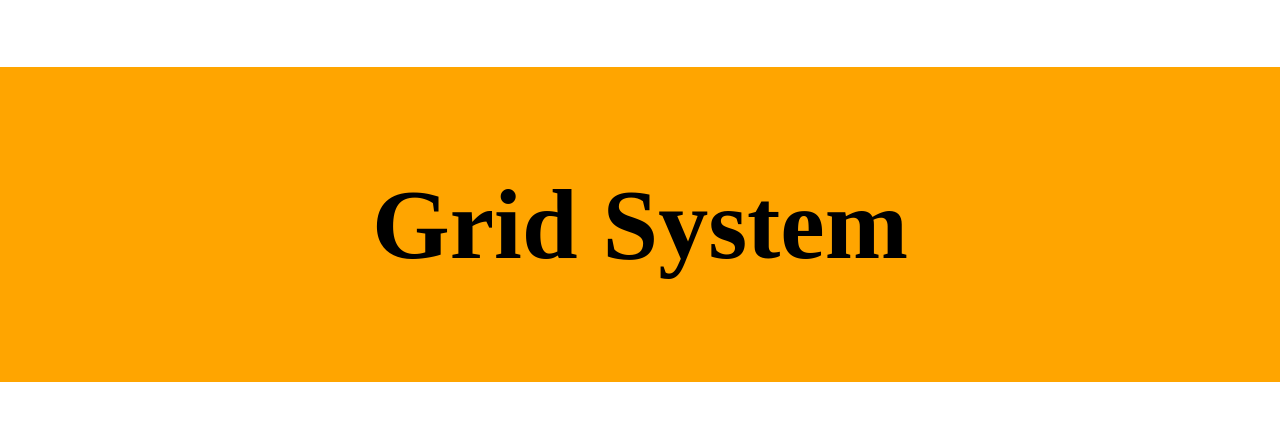
Repository: longtn213/Frond_end_HTML-CSS
Page: Front-End/DemoGrid/index.html
These files come from the project's save history. The page is drawn as it stood at one moment and after the next save; the edit follows.
The browser window is 1280 px wide. The pictures show the whole page.

Above is the page before, as saved 2021-09-21 15:09:09.

### Front-End/DemoGrid/index.html
<!DOCTYPE html>
<html lang="en">
<head>
    <meta charset="UTF-8">
    <meta http-equiv="X-UA-Compatible" content="IE=edge">
    <meta name="viewport" content="width=device-width, initial-scale=1.0">
    <title>Document</title>
    <link rel="stylesheet" href="./grid.css">
    <style>
        body{
            margin: 0;
        }
        .container{
            background-color: orange;
            text-align: center;

        }
        h1{
            padding: 100px 0;
            font-size: 100px;
            color: 100px;
        }
    </style>
</head>
<body>
    <div class="grid container">
        <h1>Grid System</h1>
    </div>
</body>
</html>

### Front-End/DemoGrid/grid.css
.grid{
    width: 100%;
    /* dùng tính chất block để cho những thẻ ko có tính chất block */
    display: block;
    padding: 0;
}

After the next save:
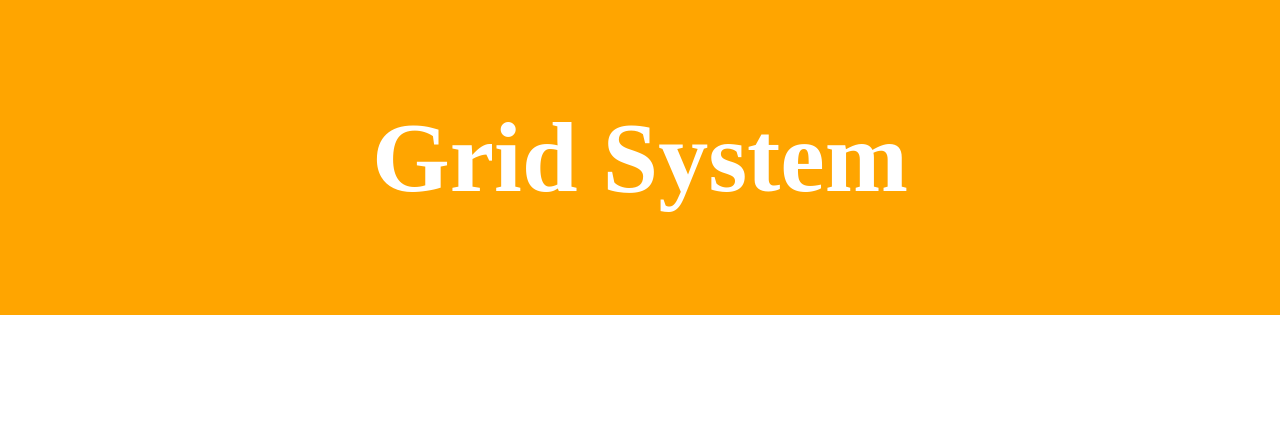
Saved 11 s later.
--- a/Front-End/DemoGrid/index.html
+++ b/Front-End/DemoGrid/index.html
@@ -18,7 +18,8 @@
         h1{
             padding: 100px 0;
             font-size: 100px;
-            color: 100px;
+            color: #fff;
+            margin: 0;
         }
     </style>
 </head>
